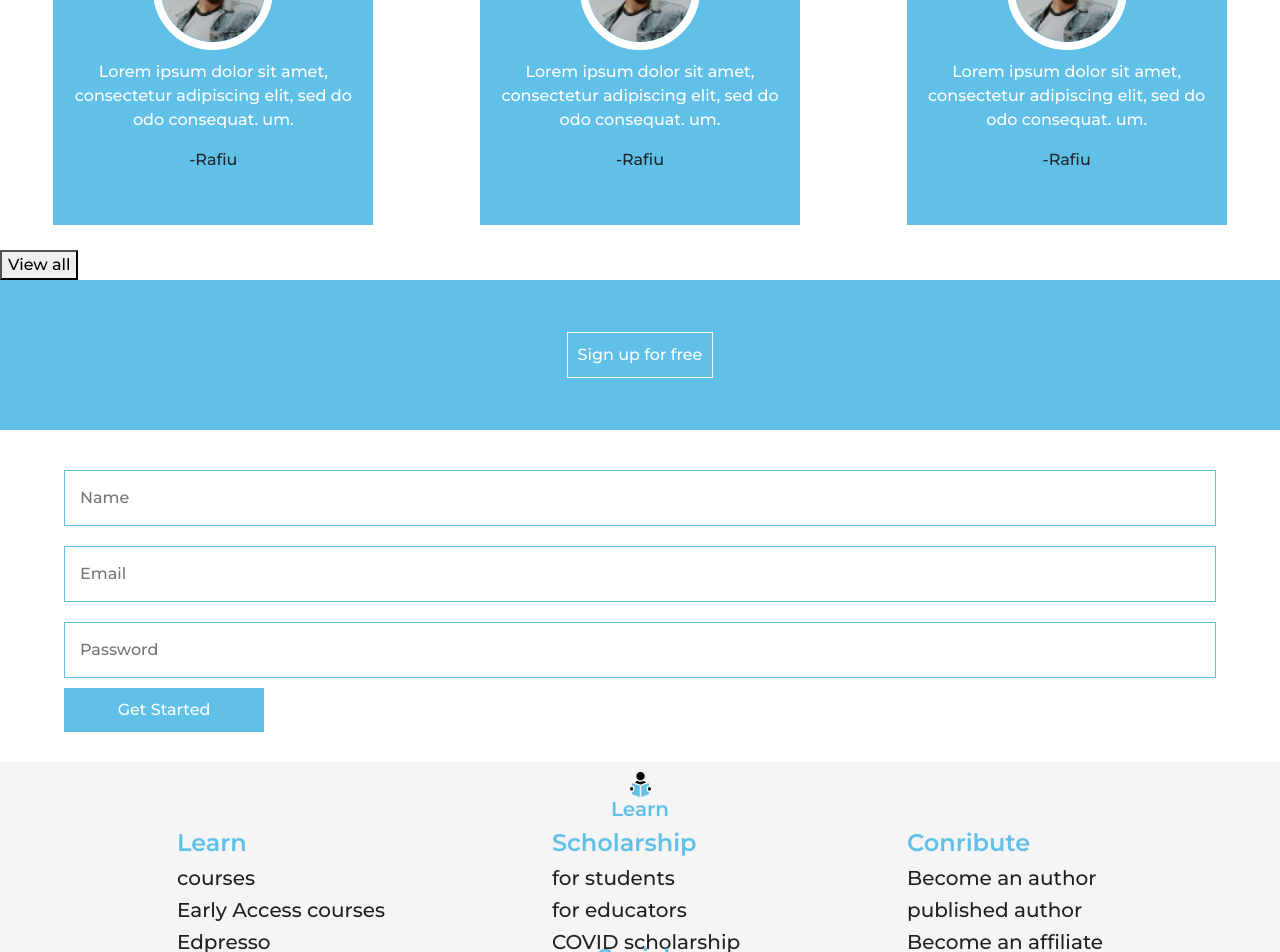
Repository: TiaraOluwanimi/team5
Page: tutor.html
The author's editor kept a copy of each file at every save. The page is drawn from the files as they stood at one save, then again after the next save.
The browser window is 1280 px wide. The pictures show the part of the page from y = 2088 to 3040 px (the page is 3136 px tall before and 3152 px after).
A picture or video elsewhere on the page could not be fetched, so the positions and the page height are approximate. Some web libraries are served in a nearby version.

Above is the page before, as saved 2020-08-08 12:02:44.

After the next save:
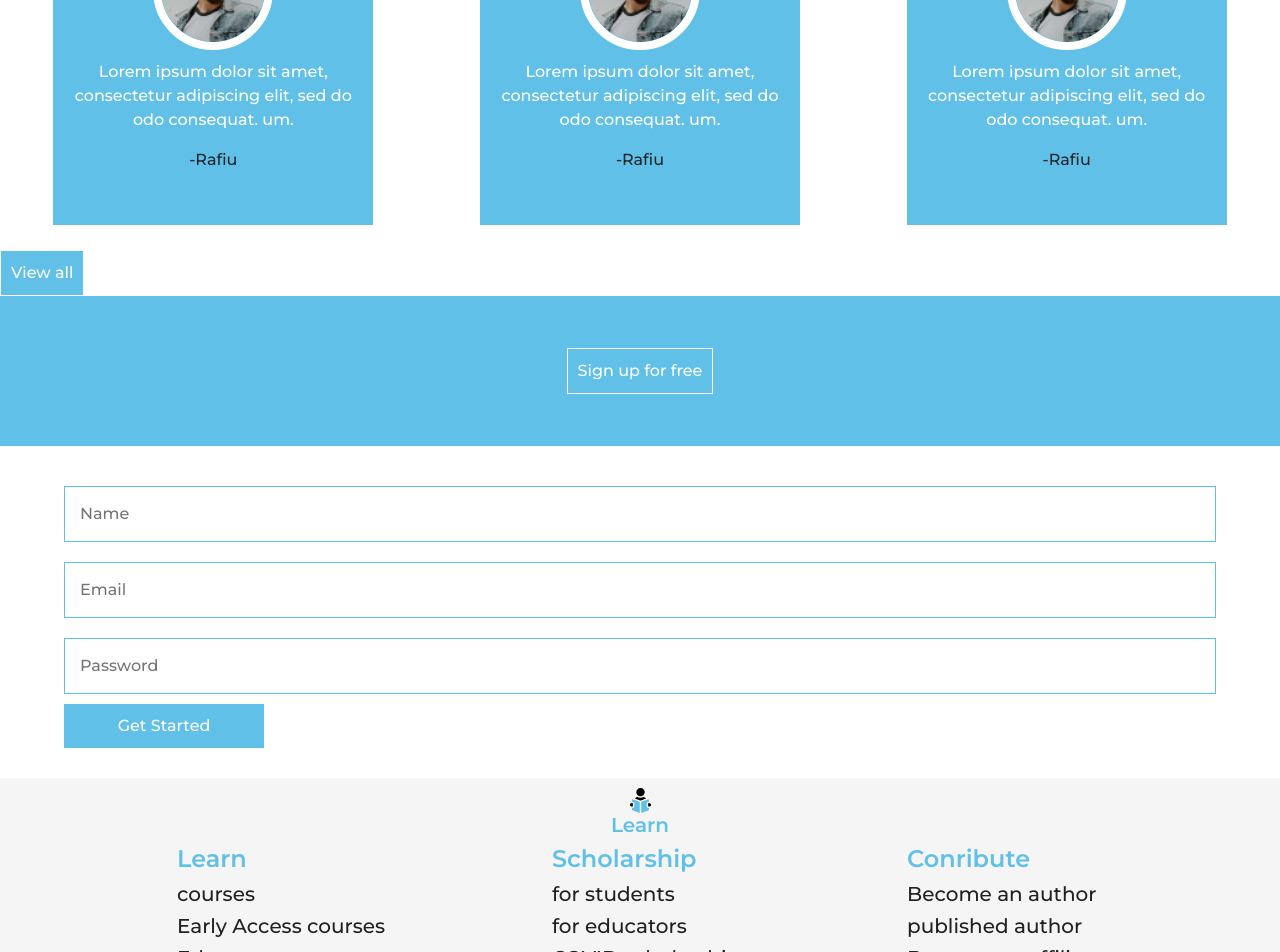
Saved 47 s later.
--- a/assets/css/testimonial.css
+++ b/assets/css/testimonial.css
@@ -57,7 +57,7 @@
     color:#60C0E8;
   ;
 }
-#sign-button button{
+#view-all-button button{
     background:#60C0E8;
     color:#fff;
     padding:10px;
